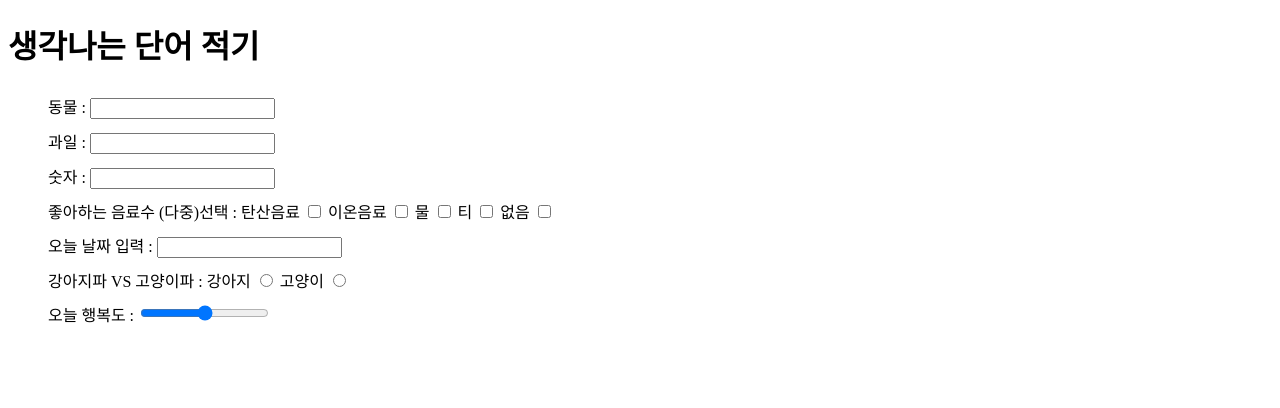
Repository: ham-zi/front-practice
Page: dynamic-workspace/MyFirstWebProject/src/main/webapp/views/request_get2.html
These files come from the project's save history. The page is drawn as it stood at one moment and after the next save; the edit follows.
The browser window is 1280 px wide. The pictures show the whole page.

Above is the page before, as saved 2026-05-04 08:26:18.

### dynamic-workspace/MyFirstWebProject/src/main/webapp/views/request_get2.html
<!DOCTYPE html>
<html>
<head>
<meta charset="UTF-8">
<title>Insert title here</title>

<style>
	ul{
		list-style : none;
		list-height : 200%;
	}

	ul > li {
		padding : 5px 0px;
	}
</style>

</head>
<body>


	<form method="get" action="second.do">
			<h1>생각나는 단어 적기</h1>
		<ul>
			<li>
				동물 : <input type="text" name="animal"/>
			</li>

			<li>
				과일 : <input type="text" name="fruit"/>
			</li>

			<li>
				숫자 : <input type="number" name="number"/>
			</li>

			<li>
				좋아하는 음료수 (다중)선택 :
				탄산음료 <input type="checkbox" name="drink" value="탄산음료"/>
				이온음료 <input type="checkbox" name="drink" value="이온음료"/>
				물     <input type="checkbox" name="drink" value="물"/>
				티     <input type="checkbox" name="drink" value="티"/>
				없음    <input type="checkbox" name="drink" value="없음"/>
			</li>

			<li>
				오늘 날짜 입력 : <input type="text" name="date"/>
			</li>

			<li>
				강아지파 VS 고양이파 :
				강아지 <input : type="radio" name="catdog" value="강아지"/>
				고양이 <input : type="radio" name="catdog" value="고양이"/>
			</li>

			<li>
				오늘 행복도 :
				<input type="range" name="happy" min="0" max="100"/>
			</li>

		</ul>
	</form>







</body>
</html>

After the next save:
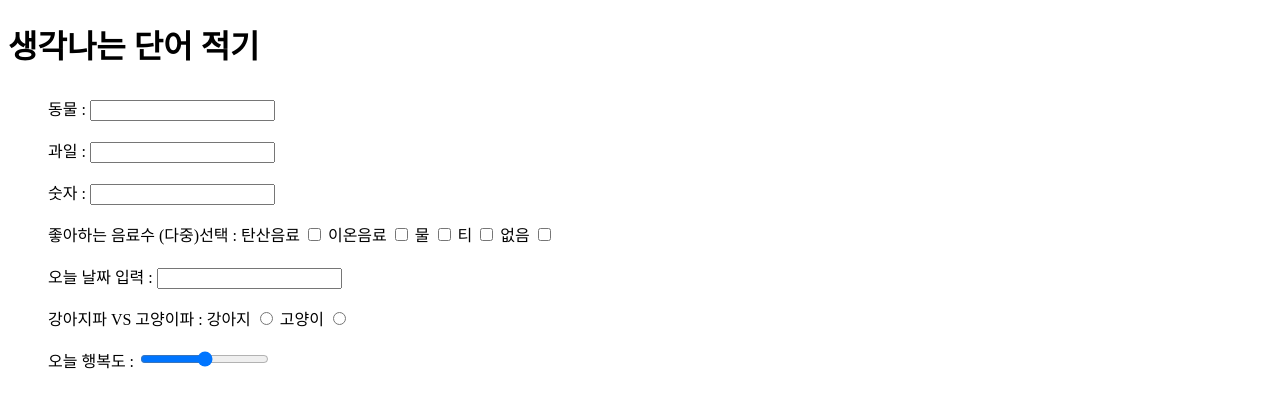
Saved 28 s later.
--- a/dynamic-workspace/MyFirstWebProject/src/main/webapp/views/request_get2.html
+++ b/dynamic-workspace/MyFirstWebProject/src/main/webapp/views/request_get2.html
@@ -7,7 +7,7 @@
 <style>
 	ul{
 		list-style : none;
-		list-height : 200%;
+		line-height : 200%;
 	}
 
 	ul > li {
